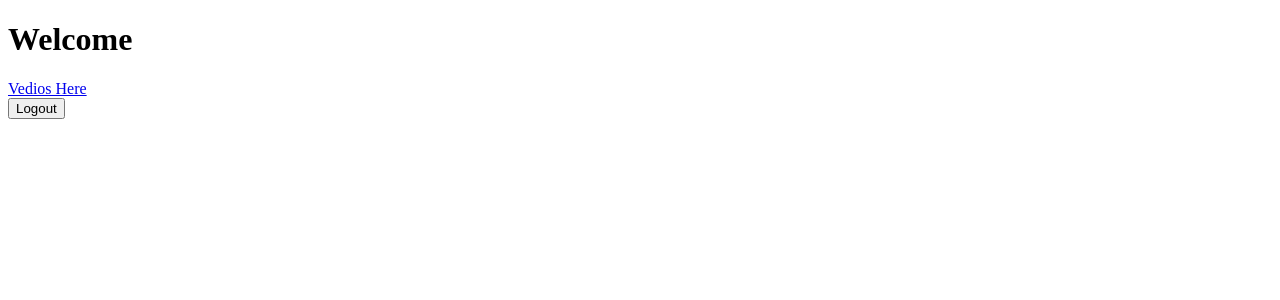
Repository: Kakarla-Manoj-Kumar/Login-Page
Page: http://localhost/Login/Welcome.jsp
The author's editor kept a copy of each file at every save. The page is drawn from the files as they stood at one save, then again after the next save.
The browser window is 1280 px wide. The pictures show the whole page.
The page is served by Tomcat 10. The session is filled in as if someone had signed in: {"user": "testuser"}.

Above is the page before, as saved 2024-03-22 18:37:56.

After the next save:
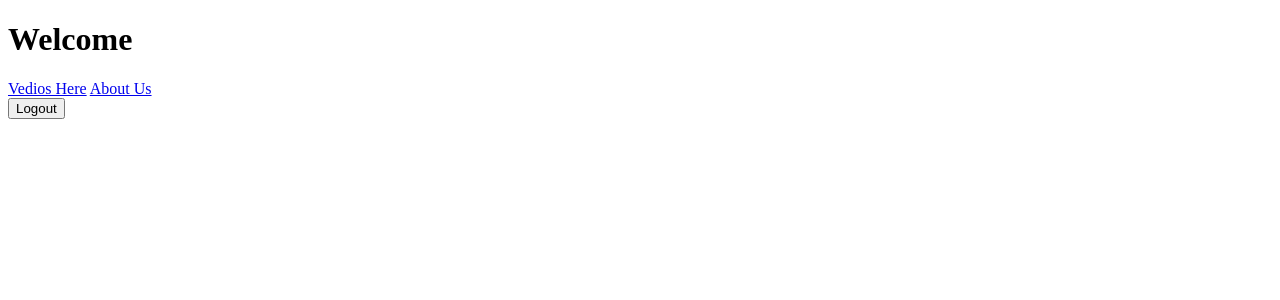
Saved 15 s later.
--- a/Login/src/main/webapp/Welcome.jsp
+++ b/Login/src/main/webapp/Welcome.jsp
@@ -16,6 +16,7 @@ if(session.getAttribute("user")==null){
 }
 %>
 <a href="Vedios.jsp">Vedios Here</a>
+<a href="aboutus.jsp">About Us</a>
 
 <form action="logout">
 <input type="submit" value="Logout" >
